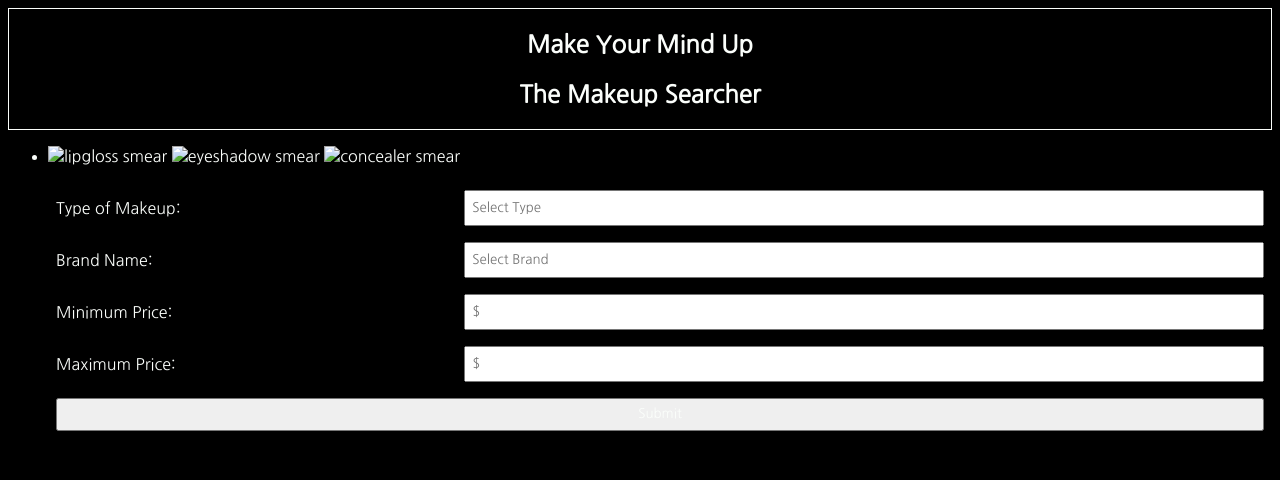
Repository: kaitlynMidori/MakeMeUp
Page: index.html
An editor plug-in stored every save of this project. The page is shown before and after the next save, followed by the edit.
The browser window is 1280 px wide. The pictures show the whole page.

Above is the page before, as saved 2020-12-08 15:17:47.

After the next save:
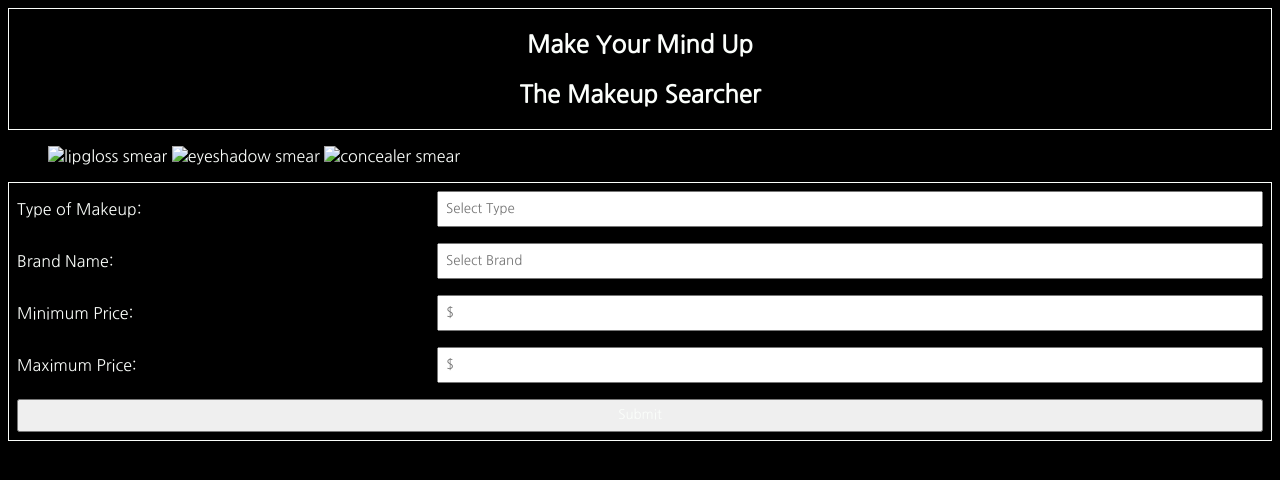
Saved 39 s later.
--- a/style.css
+++ b/style.css
@@ -24,8 +24,13 @@
     background-color:black;
 }
 
+/* Image styling */
+.imgWrapper {
+    list-style-type: none;
+}
+
 /* Form styling */
-.wrapper {
+.formWrapper {
     background-color: black;
     list-style-type: none;
     padding: 0;
